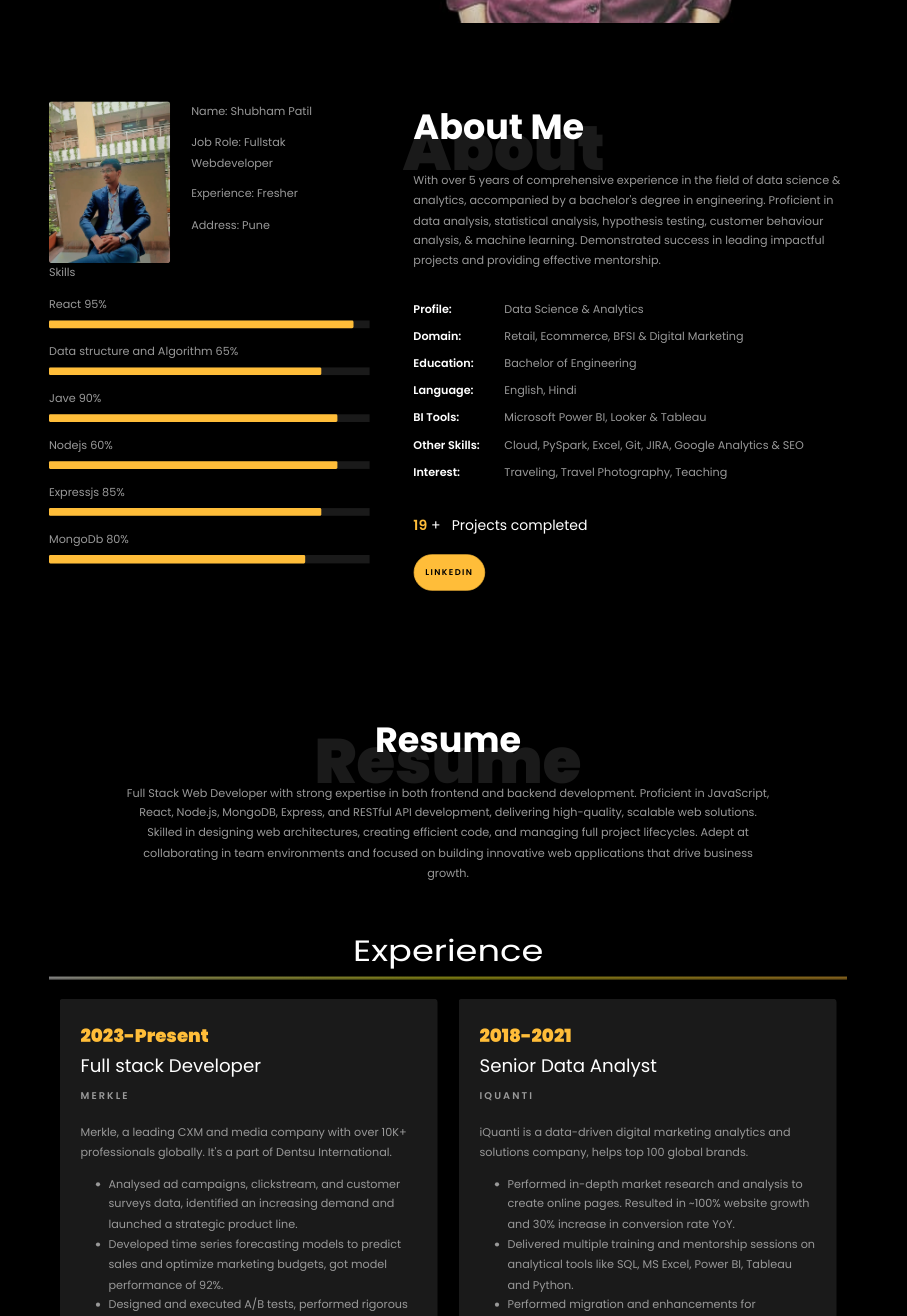
Repository: abp197/portfolio-website
Page: index.html
An editor plug-in stored every save of this project. The page is shown before and after a run of saves, followed by the edit.
The browser window is 1280 px wide. The page is 1295 px wide, so the pictures cover 1295 px, including what lies to the right of the window. The pictures show the part of the page from y = 717 to 2597 px (the page is 6443 px tall before and 6587 px after), at 70% of full size.

Above is the page before, as saved 2024-10-16 00:52:52.
Console error (its wording comes from the project's code and is left out).

After the next 3 saves:
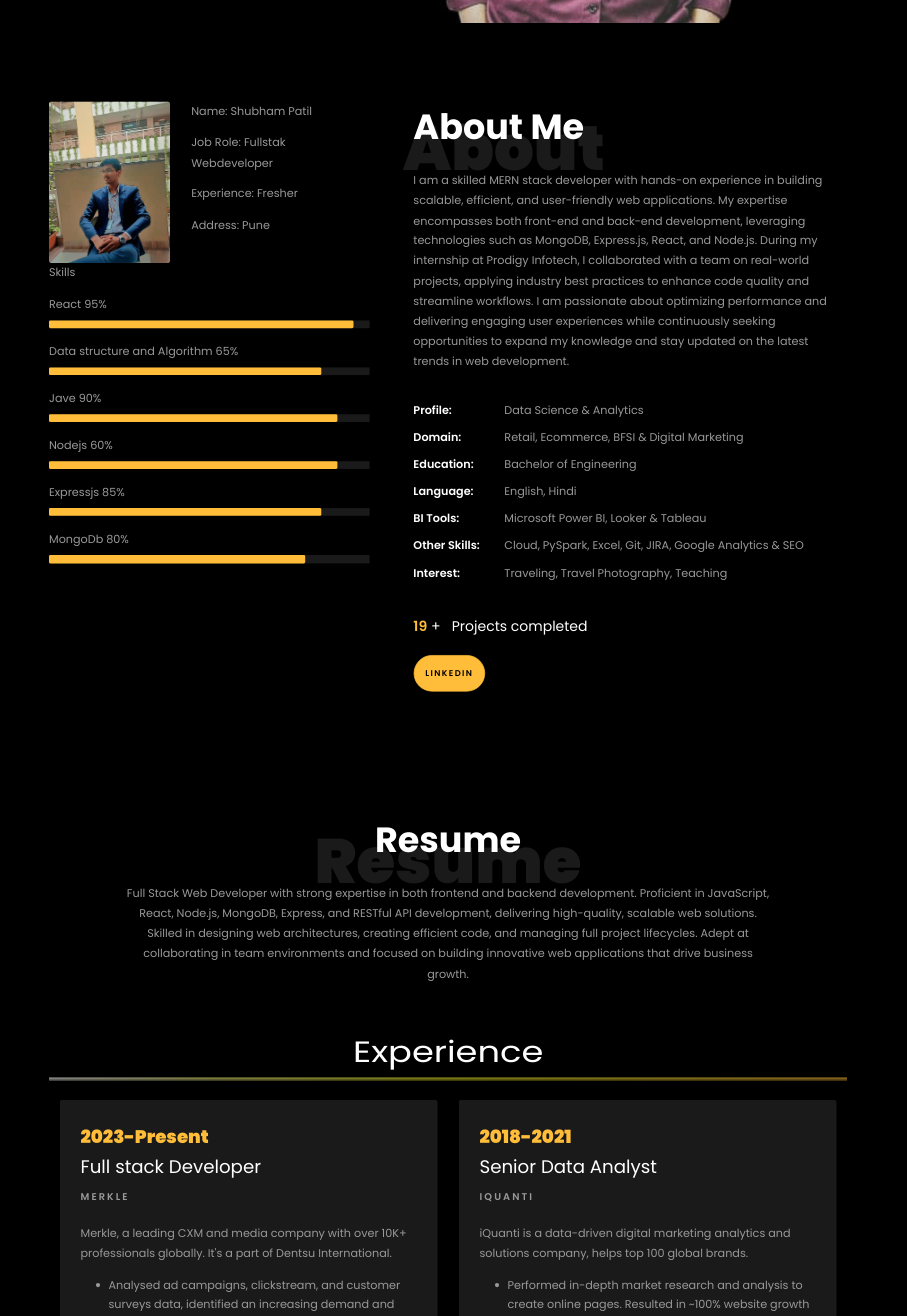
The 3 saves are shown as one change because they came seconds apart.
The last was saved 3 min 38 s later.
--- a/index.html
+++ b/index.html
@@ -283,12 +283,9 @@
 								<h1 class="big">About</h1>
 								<h2 class="mb-4">About Me</h2>
 
-								<p>With over 5 years of comprehensive experience in the field of data science &
-									analytics, accompanied by a bachelor's degree in engineering.
-									Proficient in data analysis, statistical analysis, hypothesis testing, customer
-									behaviour analysis, &amp; machine learning.
-									Demonstrated success in leading impactful projects and providing effective
-									mentorship.</p>
+								<p>I am a skilled MERN stack developer with hands-on experience in building scalable, efficient, and user-friendly web applications. My expertise encompasses both front-end and back-end development, leveraging technologies such as MongoDB, Express.js, React, and Node.js. During my internship at Prodigy Infotech, I collaborated with a team on real-world projects, applying industry best practices to enhance code quality and streamline workflows. I am passionate about optimizing performance and delivering engaging user experiences while continuously seeking opportunities to expand my knowledge and stay updated on the latest trends in web development.
+
+								</p>
 								<ul class="about-info mt-4 px-md-0 px-2">
 									<li class="d-flex"><span>Profile:</span> <span>Data Science &amp; Analytics</span>
 									</li>
